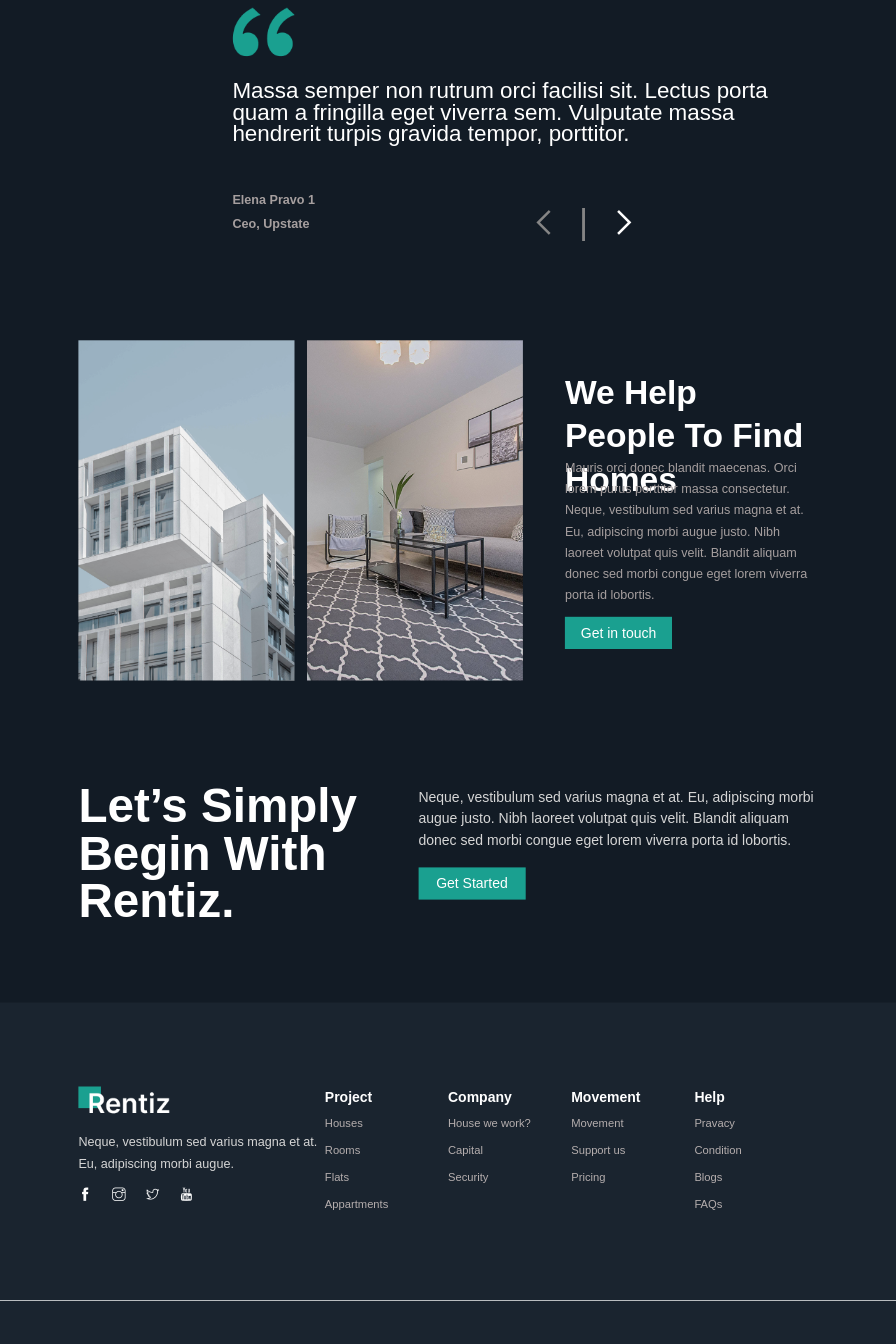
Repository: tung1233hhhhhhhhhhhhh/WebClone-Home
Page: index.html
The author's editor kept a copy of each file at every save. The page is drawn from the files as they stood at one save, then again after the next save.
The browser window is 1280 px wide. The pictures show the part of the page from y = 2733 to 4653 px (the page is 4653 px tall), at 70% of full size.

Above is the page before, as saved 2023-05-27 21:14:40.

After the next save:
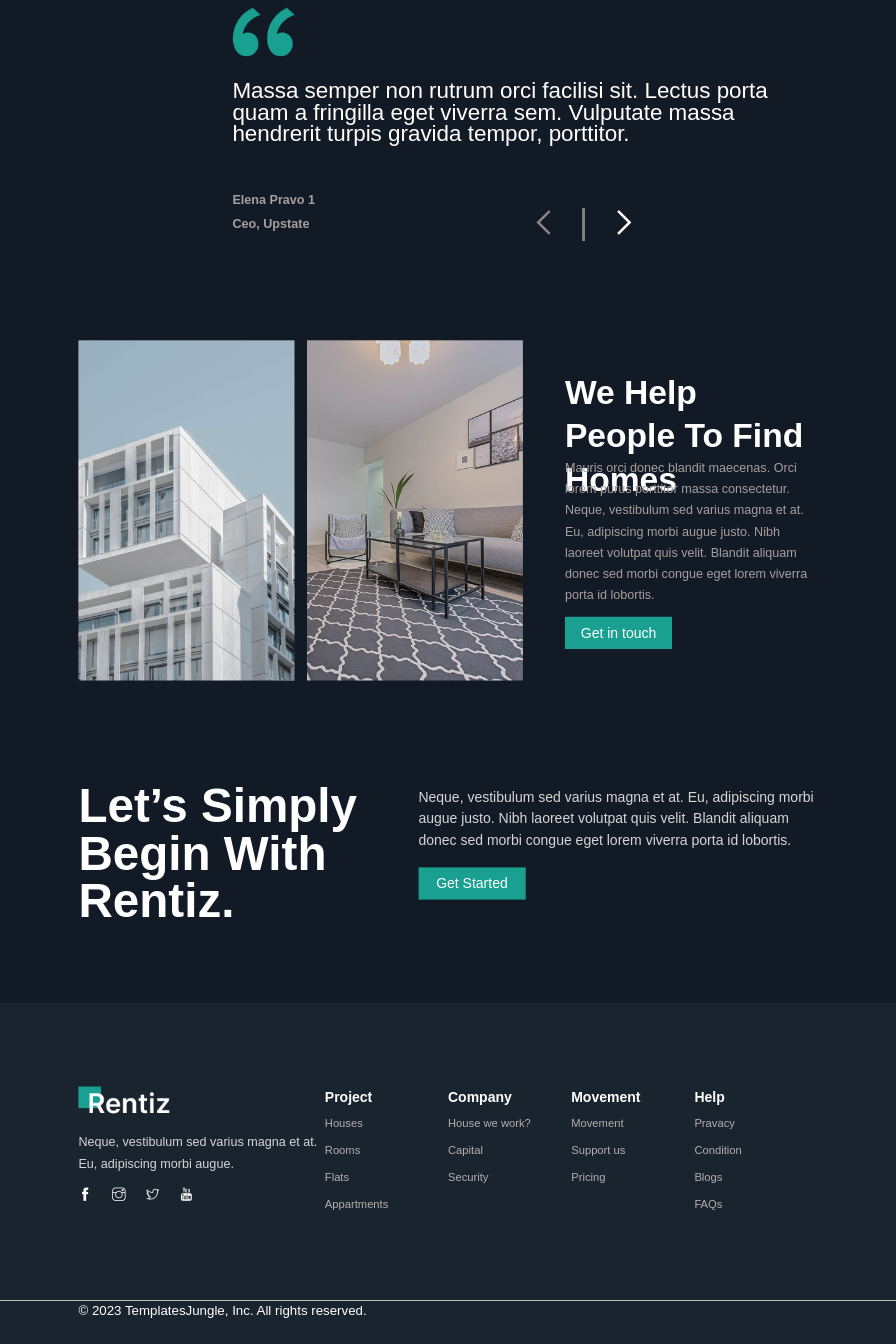
Saved 21 s later.
--- a/index.html
+++ b/index.html
@@ -572,7 +572,9 @@
         </div>
         <footer></footer>
         <div class="footer-bottom">
-            <div class="ft-bootom-left"></div>
+            <div class="ft-bootom-left">
+                <p>© 2023 TemplatesJungle, Inc. All rights reserved.</p>
+            </div>
             <div class="ft-bootom-right"></div>
         </div>
     </div>
